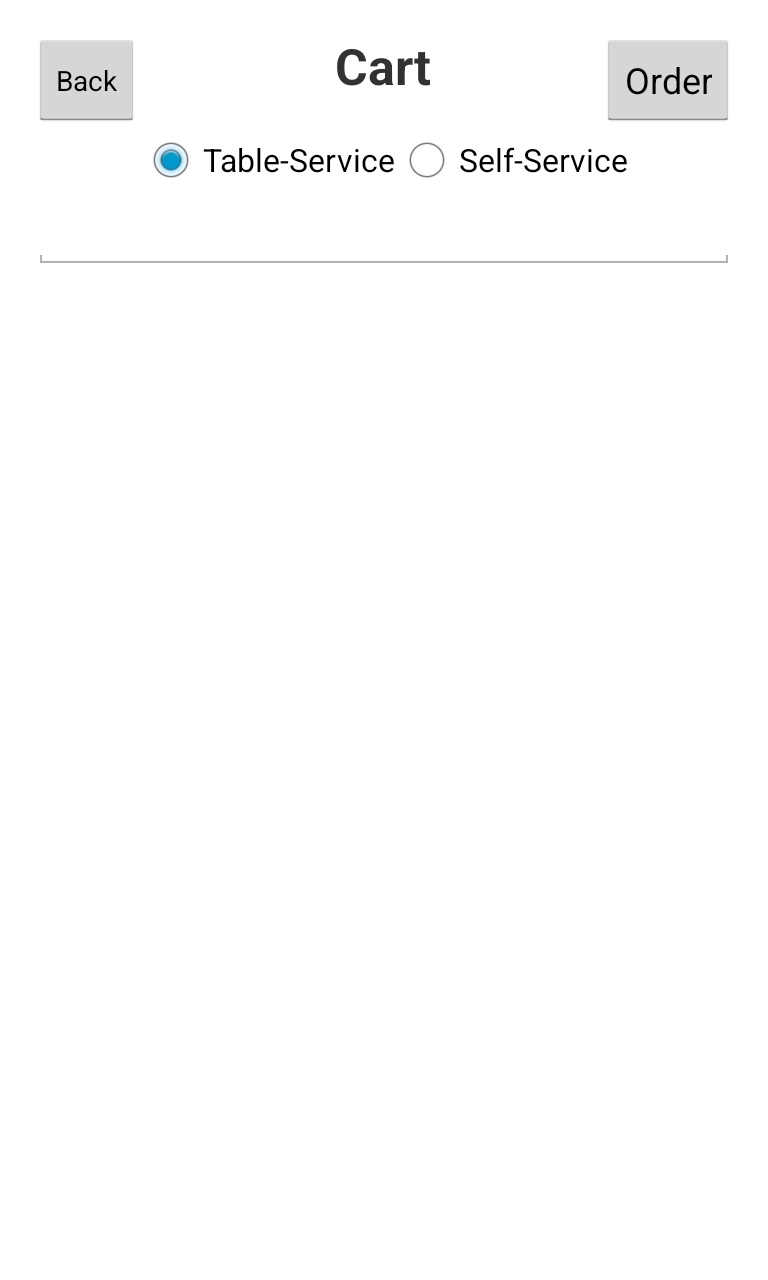
Repository: PotatoBiscuit/Thirstbuster
Layout: MobApp/workspace/DrinkAndGo/res/layout/activity_cart.xml
These files come from the project's save history. The layout is drawn as it stood at one moment and after the next save; the edit follows.
It is drawn on a 768 x 1280 px phone screen (xhdpi) without system bars, with theme AppTheme; the app's code is not run. The app's manifest (not shown) leaves right-to-left support off. So textAlignment, textDirection and layoutDirection are ignored, and left and right values win over start and end ones.

Above is the layout before, as saved 2016-04-18 00:32:15.

After the next save:
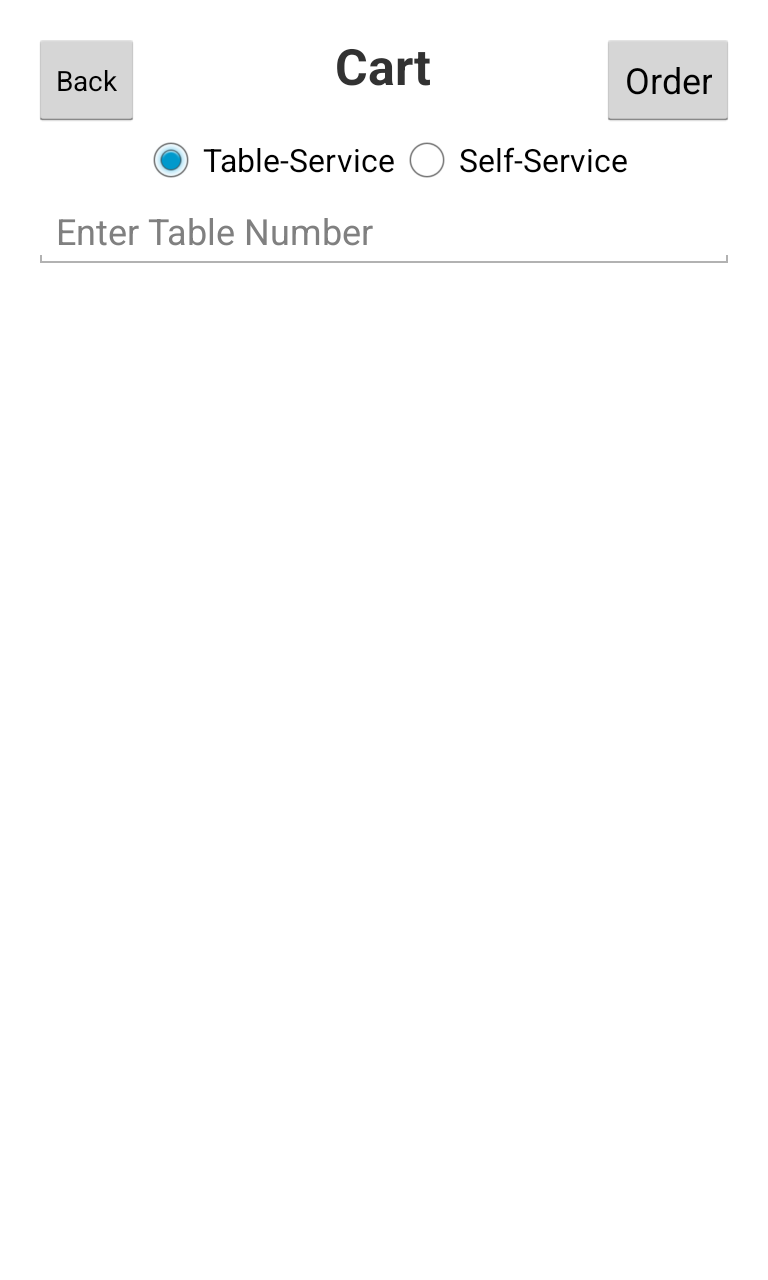
Saved 102 s later.
--- a/MobApp/workspace/DrinkAndGo/res/layout/activity_cart.xml
+++ b/MobApp/workspace/DrinkAndGo/res/layout/activity_cart.xml
@@ -69,7 +69,9 @@
         android:layout_width="match_parent"
         android:layout_height="wrap_content"
         android:ems="10"
+        android:hint="@string/enter_table_num"
         android:inputType="number" >
+
     </EditText>
 
     <LinearLayout
